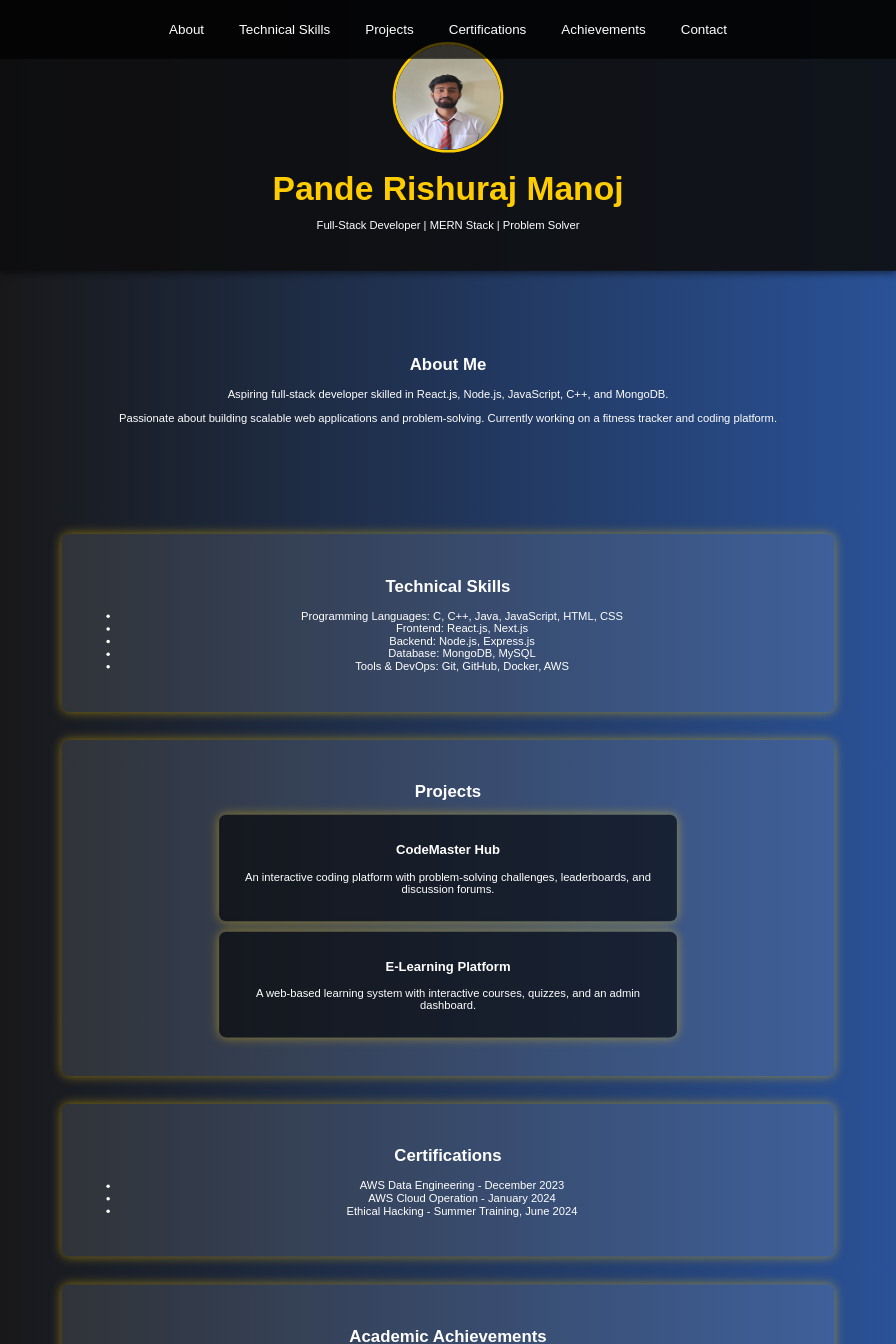
Repository: Rishuraj-Pandey/portfolio
Page: index.html
The author's editor kept a copy of each file at every save. The page is drawn from the files as they stood at one save, then again after the next save.
The browser window is 1280 px wide. The pictures show the part of the page from y = 0 to 1920 px (the page is 2791 px tall), at 70% of full size.

Above is the page before, as saved 2025-03-22 01:11:49.

### index.html
<!DOCTYPE html>
<html lang="en">
<head>
    <meta charset="UTF-8">
    <meta name="viewport" content="width=device-width, initial-scale=1.0">
    <title>Pande Rishuraj Manoj - Portfolio</title>
    <link rel="stylesheet" href="style.css">
</head>
<body>
    <header>
        <img src="profile.jpg.jpg" alt="Profile Picture" class="profile-pic">
        <h1>Pande Rishuraj Manoj</h1>
        <p>Full-Stack Developer | MERN Stack | Problem Solver</p>
    </header>

    <nav>
        <ul>
            <li><a href="#about">About</a></li>
            <li><a href="#tech">Technical Skills</a></li>
            <li><a href="#projects">Projects</a></li>
            <li><a href="#certifications">Certifications</a></li>
            <li><a href="#achievements">Achievements</a></li>
            <li><a href="#contact">Contact</a></li>
        </ul>
    </nav>

    <section class="about" id="about">
        <h2>About Me</h2>
        <p>Aspiring full-stack developer skilled in React.js, Node.js, JavaScript, C++, and MongoDB.</p>
        <p>Passionate about building scalable web applications and problem-solving. Currently working on a fitness tracker and coding platform.</p>
    </section>

    <section class="tech" id="tech">
        <h2>Technical Skills</h2>
        <ul>
            <li>Programming Languages: C, C++, Java, JavaScript, HTML, CSS</li>
            <li>Frontend: React.js, Next.js</li>
            <li>Backend: Node.js, Express.js</li>
            <li>Database: MongoDB, MySQL</li>
            <li>Tools & DevOps: Git, GitHub, Docker, AWS</li>
        </ul>
    </section>

    <section class="projects" id="projects">
        <h2>Projects</h2>
        <div class="project-card">
            <h3>CodeMaster Hub</h3>
            <p>An interactive coding platform with problem-solving challenges, leaderboards, and discussion forums.</p>
        </div>
        <div class="project-card">
            <h3>E-Learning Platform</h3>
            <p>A web-based learning system with interactive courses, quizzes, and an admin dashboard.</p>
        </div>
    </section>

    <section class="certifications" id="certifications">
        <h2>Certifications</h2>
        <ul>
            <li>AWS Data Engineering - December 2023</li>
            <li>AWS Cloud Operation - January 2024</li>
            <li>Ethical Hacking - Summer Training, June 2024</li>
        </ul>
    </section>

    <section class="achievements" id="achievements">
        <h2>Academic Achievements</h2>
        <ul>
            <li>Secured 5-Star Badge in C++ & Problem-Solving on HackerRank</li>
            <li>Ranked 6th in National Science Day Coding Competition (200+ participants)</li>
        </ul>
    </section>

    <section class="experience" id="experience">
        <h2>Work & Internship Experience</h2>
        <p>Currently working on full-stack development projects and open-source contributions.</p>
        <p>Previously completed a summer internship in Ethical Hacking.</p>
    </section>

    <section class="contact" id="contact">
        <h2>Contact</h2>
        <p>Email: <a href="mailto:rishurajpande@gmail.com">rishurajpande@gmail.com</a></p>
        <p>LinkedIn: <a href="https://www.linkedin.com/in/rishuraj-pandey-08a9012b0/" target="_blank">linkedin.com/in/rishuraj-pandey</a></p>
        <p>GitHub: <a href="https://github.com/rishurajpande" target="_blank">github.com/rishurajpande</a></p>
    </section>

    <footer>
        <p>&copy; 2025 Pande Rishuraj Manoj. All Rights Reserved.</p>
    </footer>
</body>
</html>

### style.css
body {
    font-family: 'Poppins', sans-serif;
    margin: 0;
    padding: 0;
    background: linear-gradient(to right, #181819, #2a5298);
    color: white;
    text-align: center;
    scroll-behavior: smooth;
}

header {
    background: rgba(14, 14, 15, 0.9);
    padding: 40px 20px;
    box-shadow: 0px 4px 10px rgba(0, 0, 0, 0.5);
}

h1 {
    margin: 0;
    font-size: 3em;
    color: #ffcc00;
}

.profile-pic {
    width: 150px;
    height: 150px;
    border-radius: 50%;
    margin: 20px 0;
    border: 4px solid #ffcc00;
}

nav {
    background: rgba(0, 0, 0, 0.7);
    position: fixed;
    top: 0;
    width: 100%;
    padding: 15px 0;
    z-index: 1000;
    transition: all 0.3s;
}

nav ul {
    list-style: none;
    padding: 0;
    display: flex;
    justify-content: center;
    gap: 20px;
}

nav ul li {
    display: inline;
}

nav ul li a {
    color: white;
    text-decoration: none;
    padding: 10px 15px;
    font-size: 1.2em;
    transition: color 0.3s, transform 0.2s;
}

nav ul li a:hover {
    color: #ffcc00;
    transform: scale(1.1);
}

section {
    padding: 100px 20px;
}

.tech, .certifications, .achievements, .projects, .experience {
    background: rgba(255, 255, 255, 0.1);
    padding: 40px;
    border-radius: 10px;
    margin: 40px auto;
    width: 80%;
    box-shadow: 0px 0px 15px rgba(255, 204, 0, 0.5);
    animation: fadeIn 1.2s ease-in-out;
}

.project-card {
    background-color: rgba(0, 0, 0, 0.6);
    padding: 20px;
    margin: 15px auto;
    width: 60%;
    border-radius: 10px;
    box-shadow: 0px 0px 15px rgba(255, 204, 0, 0.5);
    transition: transform 0.3s, box-shadow 0.3s;
}

.project-card:hover {
    transform: scale(1.05);
    box-shadow: 0px 0px 25px rgba(255, 204, 0, 0.8);
}

.contact a {
    color: #ffcc00;
    text-decoration: none;
    font-weight: bold;
}

.contact a:hover {
    text-decoration: underline;
    color: #ff6600;
}

footer {
    background: rgba(0, 0, 0, 0.8);
    padding: 20px;
    font-size: 1em;
}

@keyframes fadeIn {
    from { opacity: 0; }
    to { opacity: 1; }
}

@media (max-width: 768px) {
    nav ul {
        flex-direction: column;
        text-align: center;
    }
    .project-card, .tech, .certifications, .achievements, .experience {
        width: 90%;
    }
}

After the next save:
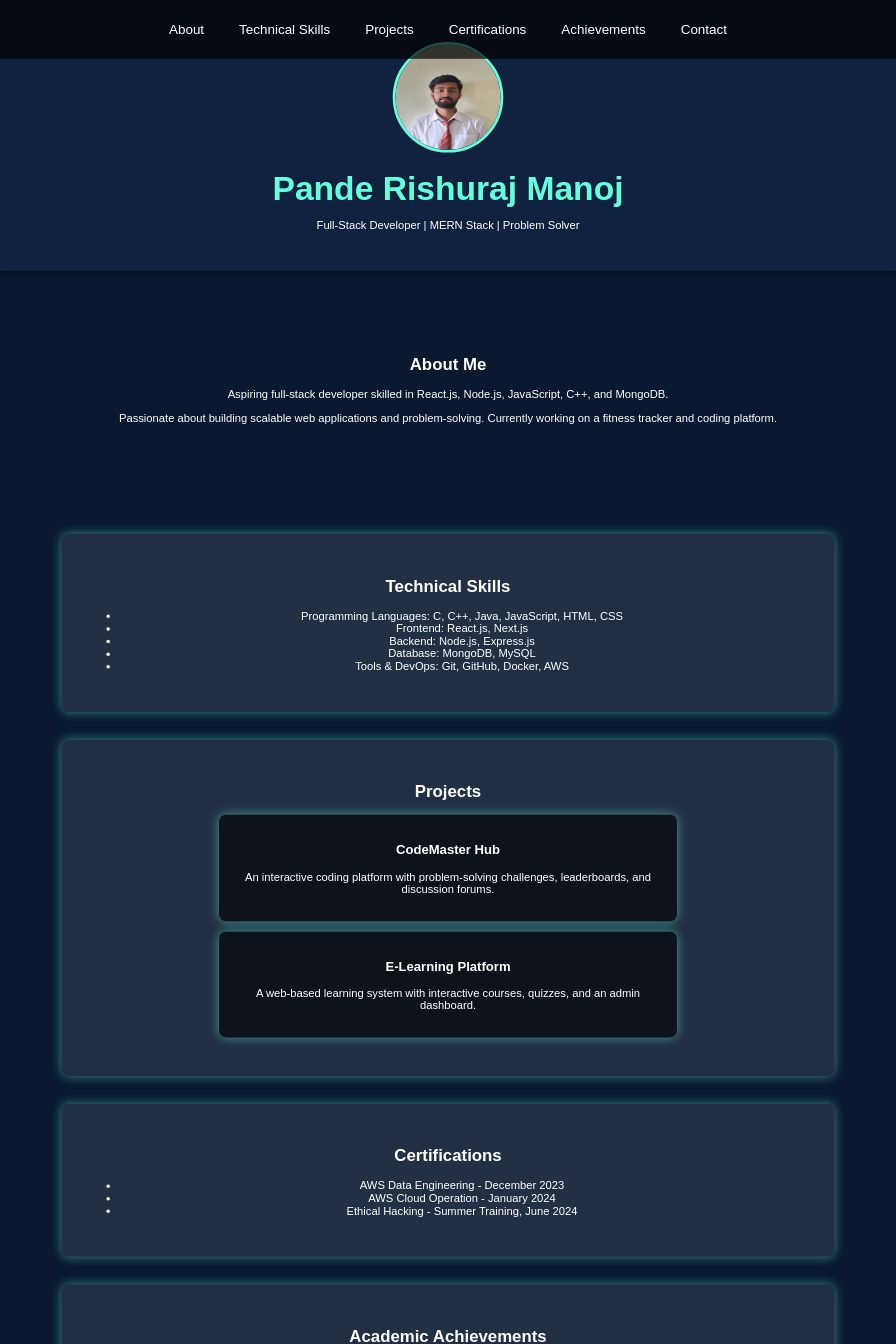
Saved 39 s later.
--- a/style.css
+++ b/style.css
@@ -2,14 +2,14 @@ body {
     font-family: 'Poppins', sans-serif;
     margin: 0;
     padding: 0;
-    background: linear-gradient(to right, #181819, #2a5298);
+    background: #0a192f;
     color: white;
     text-align: center;
     scroll-behavior: smooth;
 }
 
 header {
-    background: rgba(14, 14, 15, 0.9);
+    background: #112240;
     padding: 40px 20px;
     box-shadow: 0px 4px 10px rgba(0, 0, 0, 0.5);
 }
@@ -17,7 +17,7 @@ header {
 h1 {
     margin: 0;
     font-size: 3em;
-    color: #ffcc00;
+    color: #64ffda;
 }
 
 .profile-pic {
@@ -25,7 +25,7 @@ h1 {
     height: 150px;
     border-radius: 50%;
     margin: 20px 0;
-    border: 4px solid #ffcc00;
+    border: 4px solid #64ffda;
 }
 
 nav {
@@ -59,7 +59,7 @@ nav ul li a {
 }
 
 nav ul li a:hover {
-    color: #ffcc00;
+    color: #64ffda;
     transform: scale(1.1);
 }
 
@@ -73,7 +73,7 @@ section {
     border-radius: 10px;
     margin: 40px auto;
     width: 80%;
-    box-shadow: 0px 0px 15px rgba(255, 204, 0, 0.5);
+    box-shadow: 0px 0px 15px rgba(100, 255, 218, 0.5);
     animation: fadeIn 1.2s ease-in-out;
 }
 
@@ -83,17 +83,17 @@ section {
     margin: 15px auto;
     width: 60%;
     border-radius: 10px;
-    box-shadow: 0px 0px 15px rgba(255, 204, 0, 0.5);
+    box-shadow: 0px 0px 15px rgba(100, 255, 218, 0.5);
     transition: transform 0.3s, box-shadow 0.3s;
 }
 
 .project-card:hover {
     transform: scale(1.05);
-    box-shadow: 0px 0px 25px rgba(255, 204, 0, 0.8);
+    box-shadow: 0px 0px 25px rgba(100, 255, 218, 0.8);
 }
 
 .contact a {
-    color: #ffcc00;
+    color: #64ffda;
     text-decoration: none;
     font-weight: bold;
 }
